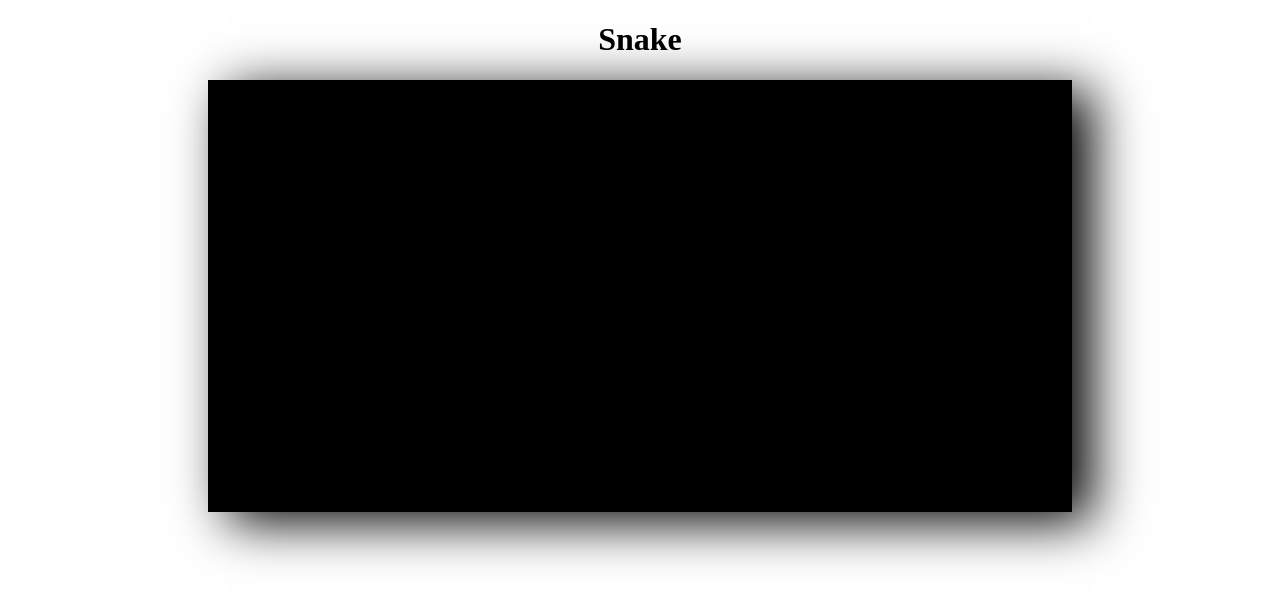
Repository: Ellisvelandia/snake
Page: index.html
These files come from the project's save history. The page is drawn as it stood at one moment and after a run of saves; the edit follows.
The browser window is 1280 px wide. The pictures show the whole page.

Above is the page before, as saved 2022-08-26 23:03:20.
Console error: TypeError: ctx.fiilRect is not a function

After the next 2 saves:
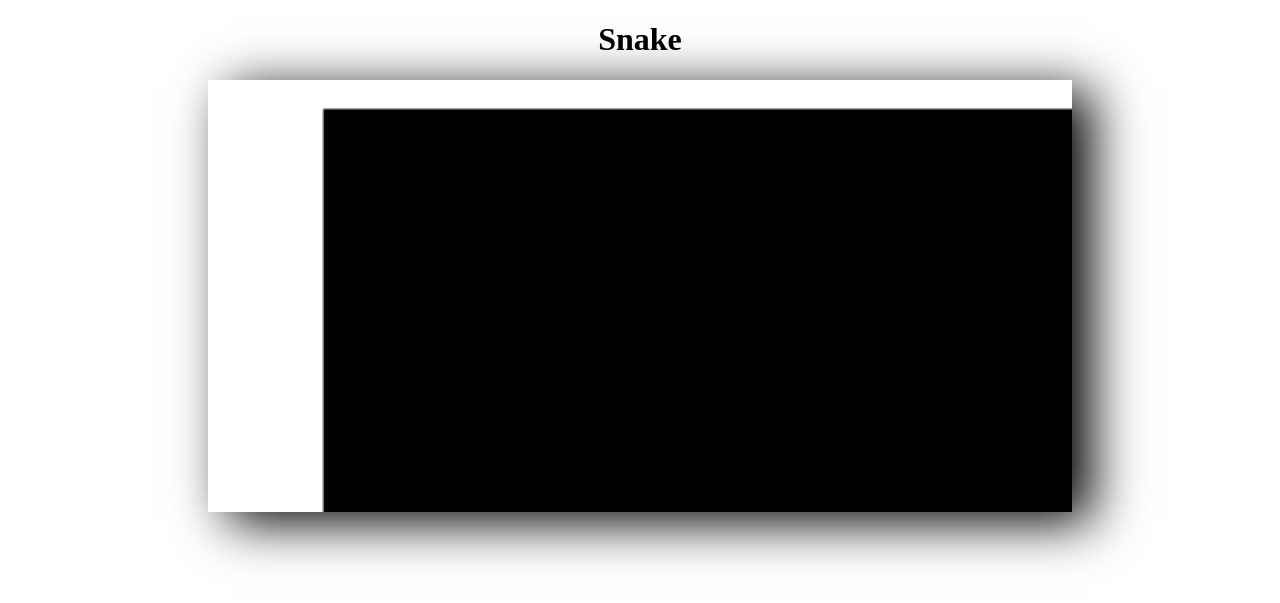
The 2 saves are shown as one change because they came seconds apart.
The last was saved 65 s later.
--- a/index.js
+++ b/index.js
@@ -21,7 +21,7 @@
 
 function clearScreen() {
   ctx.fillStyle = "black";
-  ctx.fillRect(0, 0, canvas.width, canvas.height);
+  ctx.fillRect(40, 10, canvas.width, canvas.height);
 }
 
 function drawSnake() {

After the 2 saves that followed:
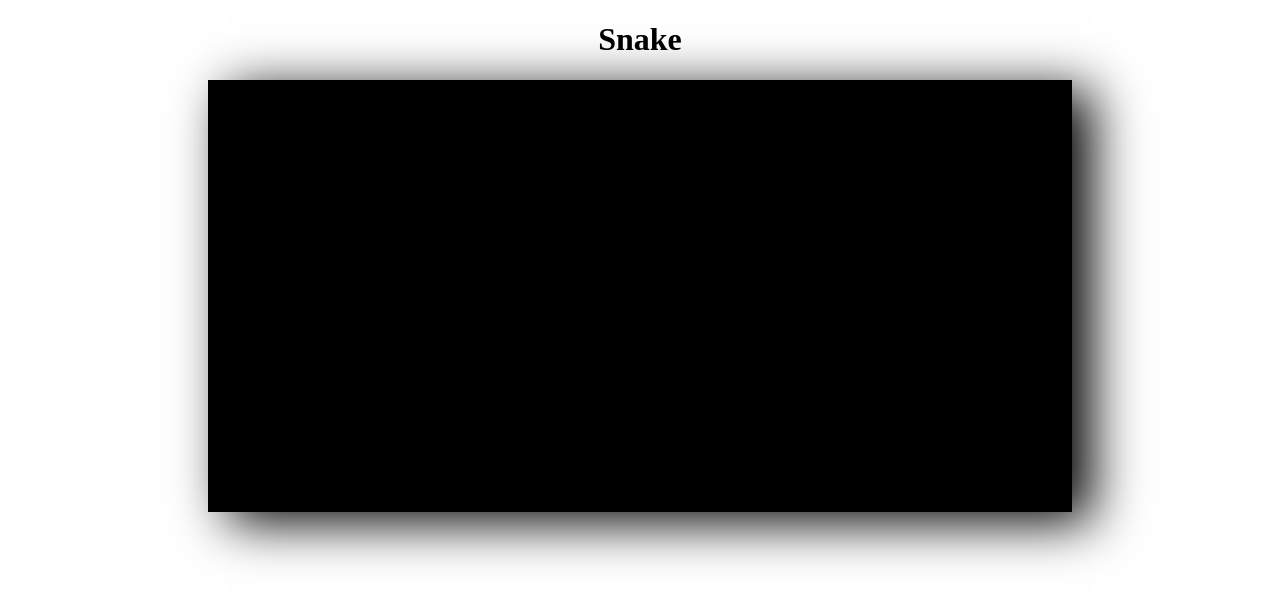
The 2 saves are shown as one change because they came seconds apart.
The last was saved 6 s later.
--- a/index.js
+++ b/index.js
@@ -21,7 +21,7 @@
 
 function clearScreen() {
   ctx.fillStyle = "black";
-  ctx.fillRect(40, 10, canvas.width, canvas.height);
+  ctx.fillRect(0,0, canvas.width, canvas.height);
 }
 
 function drawSnake() {
